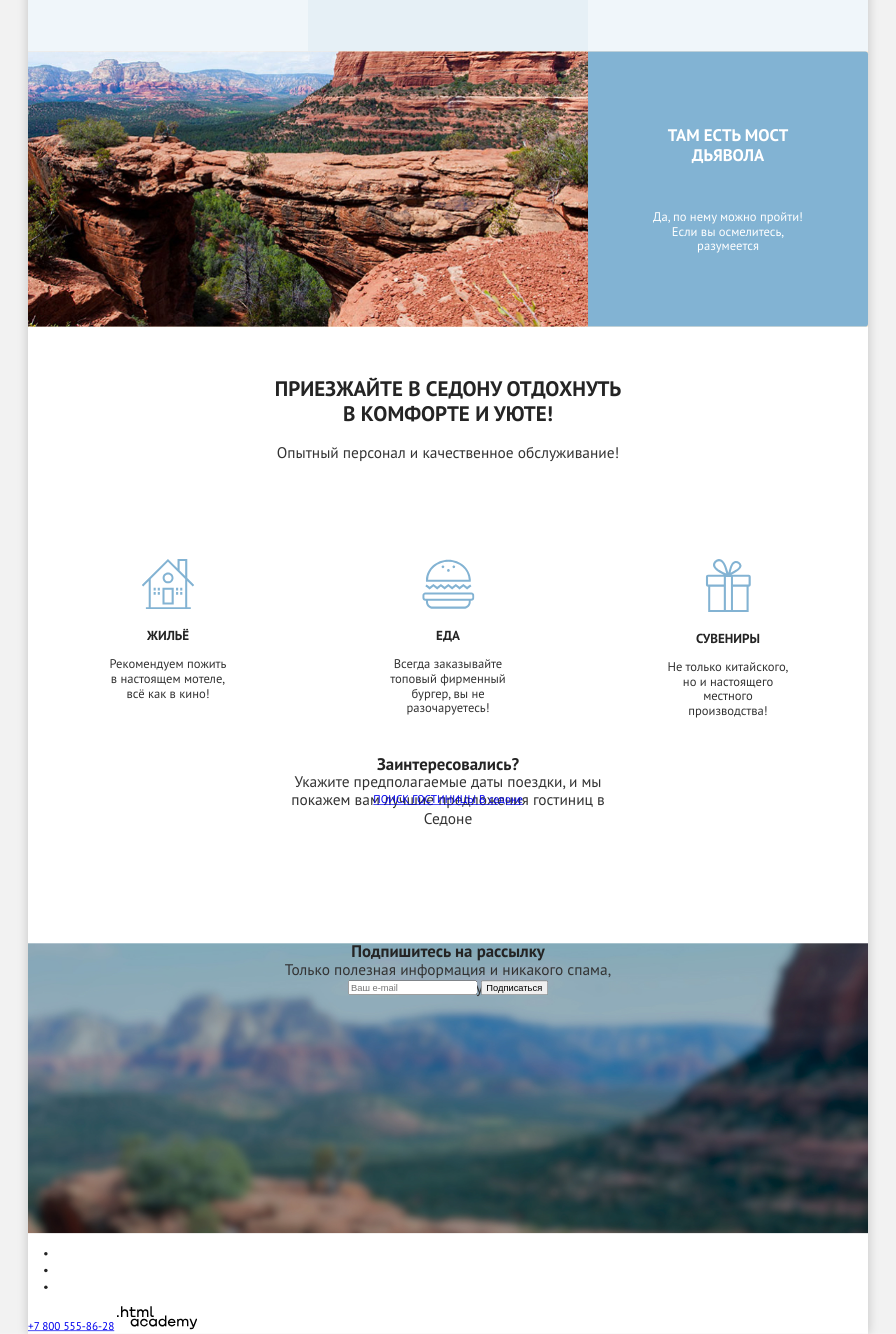
Repository: zakhgagne/2512253-sedona-1
Page: index.html
These files come from the project's save history. The page is drawn as it stood at one moment and after the next save; the edit follows.
The browser window is 1280 px wide. The pictures show the part of the page from y = 1521 to 3441 px (the page is 3427 px tall before and 3441 px after), at 70% of full size.

Above is the page before, as saved 2024-05-11 18:13:14.

After the next save:
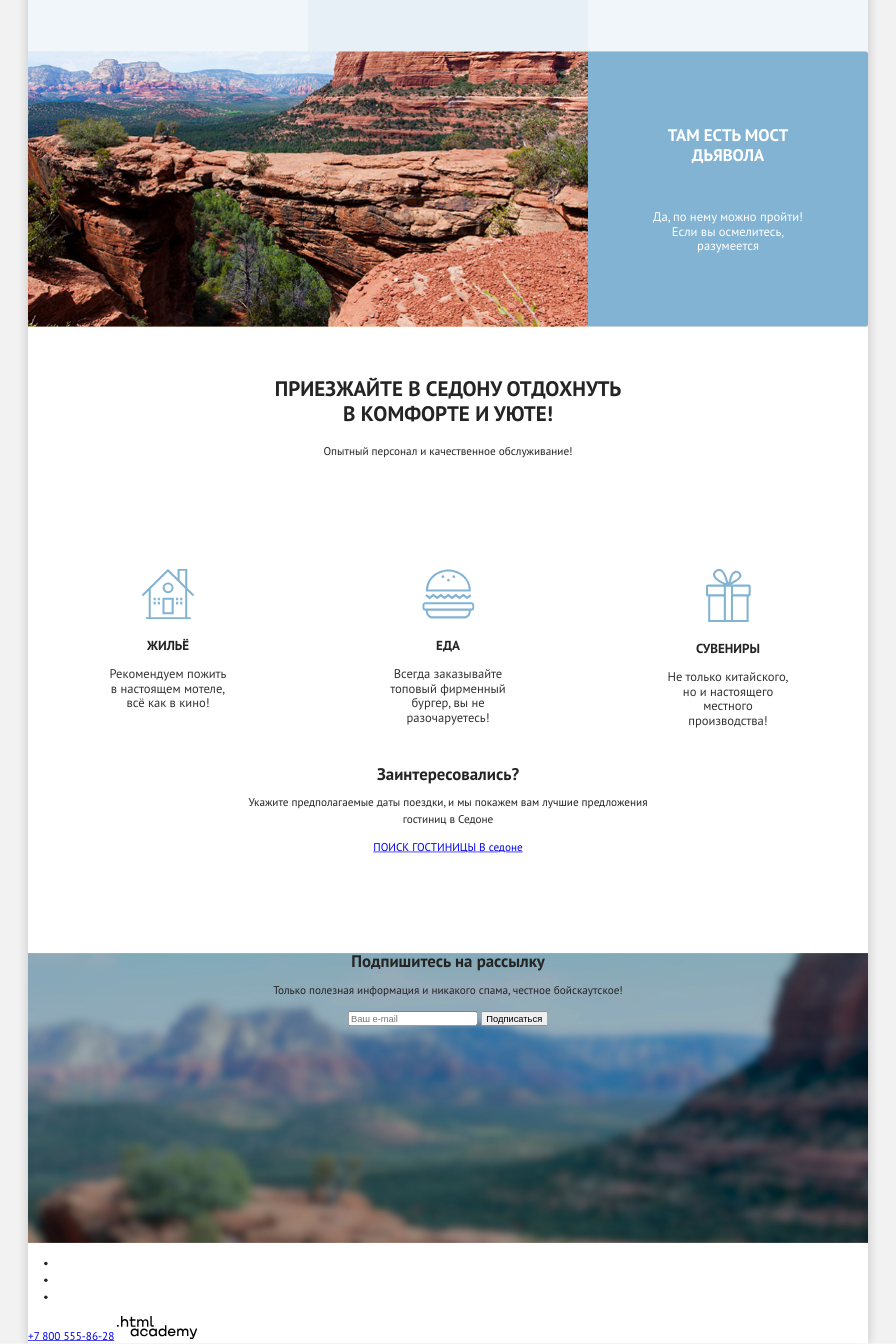
Saved 35 s later.
--- a/styles/styles.css
+++ b/styles/styles.css
@@ -247,7 +247,7 @@
   width: 500px;
 }
 
-.simple-text {
+.simple-texts {
 
   padding: 0;
   margin: 0 auto;

After the save that followed:
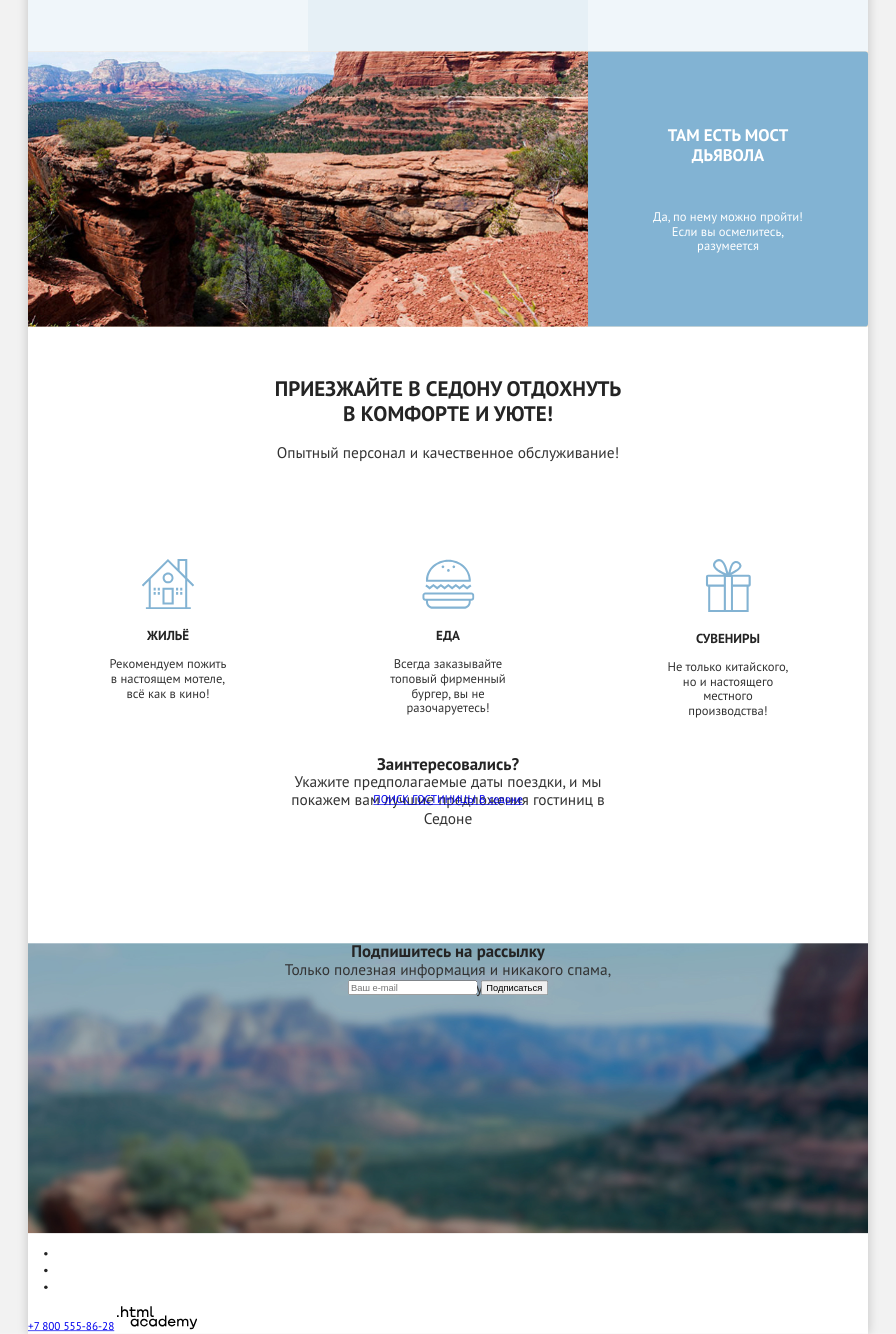
Saved 101 s later.
--- a/styles/styles.css
+++ b/styles/styles.css
@@ -247,7 +247,7 @@
   width: 500px;
 }
 
-.simple-texts {
+.simple-text {
 
   padding: 0;
   margin: 0 auto;
